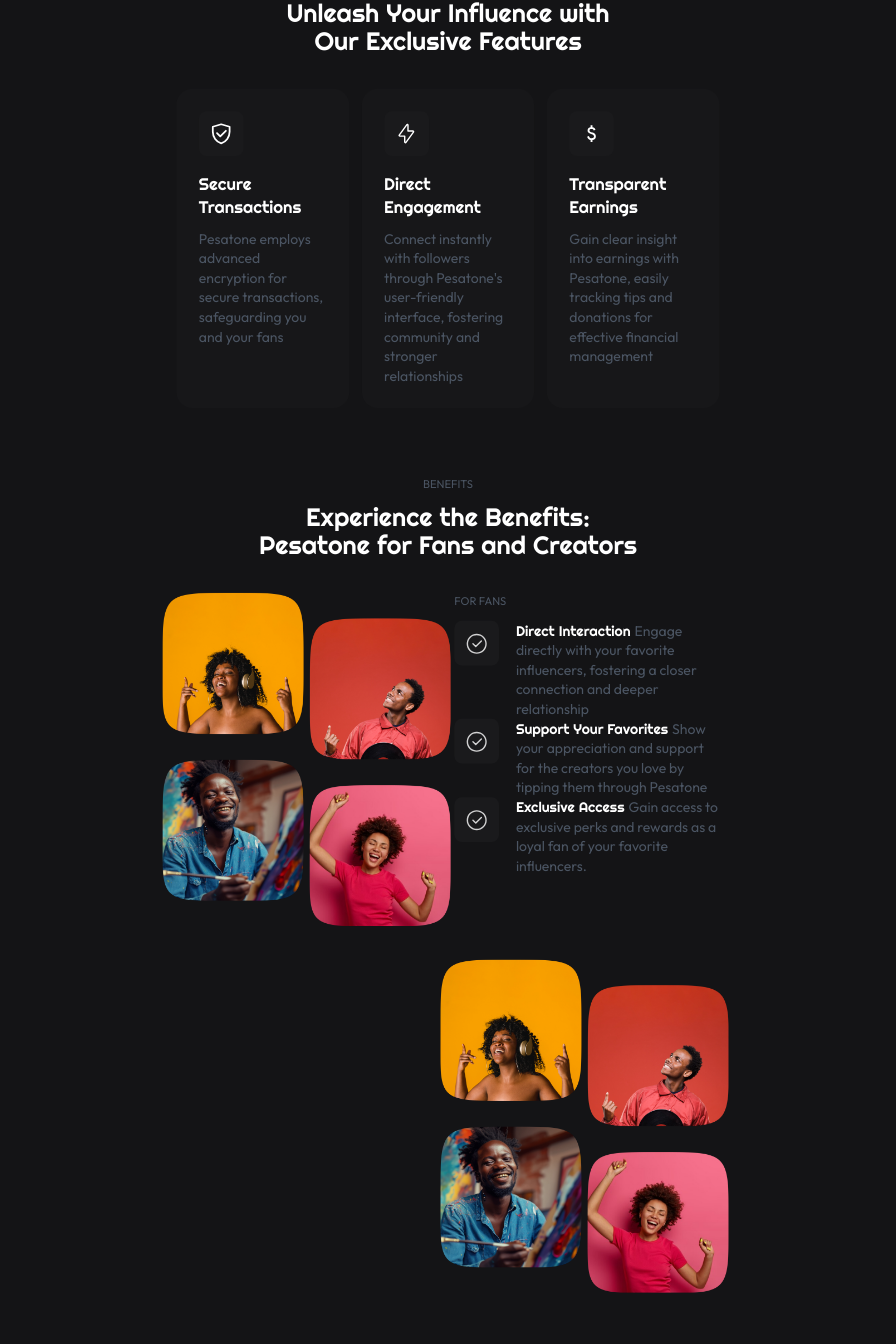
Repository: felixdusengimana/capstone-project-mirror
Page: / (app in frontend/)
The author's editor kept a copy of each file at every save. The page is drawn from the files as they stood at one save, then again after the next save.
The browser window is 1280 px wide. The pictures show the part of the page from y = 1077 to 2997 px (the page is 2997 px tall), at 70% of full size.
The project was rebuilt for these pictures with package versions that can differ from the ones it lists, and the page was loaded fresh each time. The framework's server and built-in components were replaced by stand-ins that run in the browser. Also part of the build but not shown: frontend/next.config.mjs.

Above is the page before, as saved 2024-03-11 15:33:45.

### frontend/app/layout.tsx
import type { Metadata } from "next";
import { Righteous, Outfit } from "next/font/google";
import "./globals.css";

const outfit = Outfit({ subsets: ["latin"], variable: "--font-outfit" });
const righteous = Righteous({
  subsets: ["latin"],
  variable: "--font-righteous",
  weight: "400",
});

export const metadata: Metadata = {
  title: "Pesatone - Search and gift your favorite creators",
  description:
    "A place where fans show gratitude to the African content creators they love!",
};

export default function RootLayout({
  children,
}: Readonly<{
  children: React.ReactNode;
}>) {
  return (
    <html lang="en">
      <body className={`${outfit.variable} ${righteous.variable} font-sans`}>
        {children}
      </body>
    </html>
  );
}

### frontend/app/page.tsx
import Avatar from "@/components/atoms/Avatar";
import Headline from "@/components/atoms/Headline";
import Card from "@/components/molecules/Card";
import CardIcon from "@/components/molecules/CardIcon";
import SmallCard from "@/components/molecules/SmallCard";
import Intro from "@/components/organisms/Intro";
import Navbar from "@/components/organisms/Navbar";
import Image from "next/image";
import React from "react";

export default function page() {
  return (
    <div className="py-[73px]">
      <Navbar />
      <Intro />
      <section className="mt-24 page-padding">
        <div className="max-w-[503px] mx-auto text-center">
          <h5 className="uppercase text-gray-600 mb-4">features</h5>
          <Headline className="text-4xl text-center">
            Unleash Your Influence with Our Exclusive Features
          </Headline>
        </div>
        <div className="grid grid-cols-3 gap-[18px] mt-12">
          <Card title="Secure Transactions" icon="secure">
            Pesatone employs advanced encryption for secure transactions,
            safeguarding you and your fans
          </Card>
          <Card title="Direct Engagement" icon="fast">
            Connect instantly with followers through Pesatone&apos;s
            user-friendly interface, fostering community and stronger
            relationships
          </Card>
          <Card title="Transparent Earnings" icon="dollar">
            Gain clear insight into earnings with Pesatone, easily tracking tips
            and donations for effective financial management
          </Card>
        </div>
      </section>

      <section className="mt-24 page-padding">
        <div className="max-w-[543px] mx-auto text-center">
          <h5 className="uppercase text-gray-600 mb-4">BENEFITS</h5>
          <Headline className="text-4xl text-center">
            Experience the Benefits: Pesatone for Fans and Creators
          </Headline>
        </div>
        <div className="grid grid-cols-2 gap-[18px] mt-12">
          <div className="grid grid-cols-2 w-fit">
            <Avatar
              alt="Profile 1"
              src="/profiles/profile4.png"
              size="2xl"
              circle={false}
              className="ml-[-20px]"
            />
            <Avatar
              alt="Profile 2"
              src={"/profiles/profile3.png"}
              size="2xl"
              circle={false}
              className="mt-[36px]"
            />
            <Avatar
              alt="Profile 3"
              src={"/profiles/profile2.png"}
              size="2xl"
              circle={false}
              className="ml-[-20px]"
            />
            <Avatar
              alt="Profile 4"
              src={"/profiles/profile1.png"}
              size="2xl"
              circle={false}
              className="mt-[36px]"
            />
          </div>
          <div>
            <h5 className="uppercase text-gray-600 mb-4">For Fans</h5>
            <SmallCard icon="check" title="Direct Interaction">
              Engage directly with your favorite influencers, fostering a closer
              connection and deeper relationship
            </SmallCard>
            <SmallCard icon="check" title="Support Your Favorites">
              Show your appreciation and support for the creators you love by
              tipping them through Pesatone
            </SmallCard>
            <SmallCard icon="check" title="Exclusive Access ">
              Gain access to exclusive perks and rewards as a loyal fan of your
              favorite influencers.
            </SmallCard>
          </div>
        </div>

        <div className="grid grid-cols-2 gap-[18px]  mt-12">
          <div></div>
          <div className="grid grid-cols-2 ml-auto w-fit">
            <Avatar
              alt="Profile 1"
              src="/profiles/profile4.png"
              size="2xl"
              circle={false}
              className="ml-[-20px]"
            />
            <Avatar
              alt="Profile 2"
              src={"/profiles/profile3.png"}
              size="2xl"
              circle={false}
              className="mt-[36px]"
            />
            <Avatar
              alt="Profile 3"
              src={"/profiles/profile2.png"}
              size="2xl"
              circle={false}
              className="ml-[-20px]"
            />
            <Avatar
              alt="Profile 4"
              src={"/profiles/profile1.png"}
              size="2xl"
              circle={false}
              className="mt-[36px]"
            />
          </div>
        </div>
      </section>
    </div>
  );
}

### frontend/app/globals.css
@tailwind base;
@tailwind components;
@tailwind utilities;

:root {
  --bg: #141416;
  --bg-hover: #232326;
  --secondary-color: #17171A;
  --foreground-rgb: 0, 0, 0;
  --background-start-rgb: 214, 219, 220;
  --background-end-rgb: 255, 255, 255;
}

@media (prefers-color-scheme: dark) {
  :root {
    --foreground-rgb: 255, 255, 255;
    --background-start-rgb: 0, 0, 0;
    --background-end-rgb: 0, 0, 0;
  }
}

body {
  background: var(--bg);
  color: rgb(var(--foreground-rgb));
}

@layer utilities {
  .text-balance {
    text-wrap: balance;
  }
}

.page-padding {
  padding: 0 252px;
}

### frontend/components/atoms/Avatar.tsx
/* eslint-disable @next/next/no-img-element */
import { ComponentProps } from "react";
import Icon from "./Icon";

interface AvatarProps extends ComponentProps<"div"> {
  src: string;
  alt?: string;
  size?: "sm" | "md" | "lg" | "xl" | "2xl";
  circle?: boolean;
  bordered?: boolean;
  fallBackText?: string;
}
export default function Avatar({ ...props }: AvatarProps) {
  const {
    src,
    alt,
    size = "sm",
    circle = true,
    fallBackText,
    bordered,
    ...rest
  } = props;

  const sizeClasses = {
    sm: "w-10 h-10",
    md: "w-12 h-12",
    lg: "w-16 h-16",
    xl: "w-[150px] h-[150px]",
    "2xl": "w-[202px] h-[202px]",
  };

  return (
    <div
      {...rest}
      className={`${src ? "bg-transparent" : "bg-gray-100"} ${
        circle ? "rounded-full" : "rounded"
      } ${bordered ? "border-2 border-white" : ""} ${sizeClasses[size]} ${
        rest.className
      } flex items-center justify-center overflow-hidden`}
    >
      {src ? (
        <img
          src={src}
          alt={alt}
          className={`w-full ${sizeClasses[size]} object-cover`}
        />
      ) : fallBackText ? (
        fallBackText
      ) : (
        <Icon name="user" />
      )}
    </div>
  );
}

### frontend/components/atoms/Headline.tsx
import { ComponentProps } from "react";

interface HeadlineProps extends ComponentProps<"h1"> {}

export default function Headline({ ...props }: HeadlineProps) {
  return (
    <div className={`font-mono text-white ${props.className}`}>
      {props.children}
    </div>
  );
}

### frontend/components/molecules/Card.tsx
import { ComponentProps } from "react";
import { IconNames } from "../atoms/Icon";
import Headline from "../atoms/Headline";
import CardIcon from "./CardIcon";

interface CardProps extends ComponentProps<"div"> {
  icon?: IconNames;
  title?: string;
}

export default function Card({ ...props }: CardProps) {
  const { icon, title, ...rest } = props;
  return (
    <div {...rest} className={`bg-[#171719] p-8 rounded-[23px]`}>
      {icon && <CardIcon icon={icon} />}
      <Headline className="text-2xl font-normal mt-6">{title}</Headline>
      <p
        className={`text-gray-600 font-normal text-xl mt-4 max-w-[333px] ${props.className}`}
      >
        {props.children}
      </p>
    </div>
  );
}

### frontend/components/molecules/SmallCard.tsx
import { ComponentProps } from "react";
import { IconNames } from "../atoms/Icon";
import CardIcon from "./CardIcon";

interface SmallCardProps extends ComponentProps<"div"> {
  icon: IconNames;
  title: string;
}

export default function SmallCard({ ...props }: SmallCardProps) {
  return (
    <div className="flex gap-6">
      <CardIcon icon={props.icon} />
      <p className="text-gray-600 font-normal text-xl">
        <span className="text-white font-mono">{props.title} </span>
        {props.children}
      </p>
    </div>
  );
}

### frontend/components/organisms/Intro.tsx
"use client";

import Headline from "@/components/atoms/Headline";
import Search from "@/components/molecules/Search";
import DownloadApp from "../molecules/DownloadApp";

export default function Intro() {
  return (
    <div className="grid grid-cols-2 pl-[252px]">
      <div className="mt-40">
        <Headline className="text-[64px] leading-[79.47px]">
          Search and gift your favorite creators
        </Headline>
        <p className="text-xl text-gray-600 max-w-[535px] mt-5">
          A place where fans show gratitude to the African content creators they
          love!
        </p>
        <Search className="max-w-[502px] mt-10" />

        <p className="text-gray-600 mt-24 text-base">
          Trusted Users <br />
          Rated 4.5 by 700K+ Customers
        </p>
        <div className="flex gap-6 mt-6">
          <DownloadApp os="android" />
          <DownloadApp os="ios" className="px-[42px]" />
        </div>
      </div>
      <div className="h-full w-full">
        {/* eslint-disable-next-line @next/next/no-img-element */}
        <img src="./home-bg.png" alt="" className="w-full h-full" />
      </div>
    </div>
  );
}

### frontend/components/organisms/Navbar.tsx
import Image from "next/image";
import Button from "../atoms/Button";
import Link from "next/link";

export default function Navbar() {
  return (
    <div className="page-padding flex justify-between items-center">
      <Link href={"/"} className="flex  items-center gap-2">
        <Image
          src="/logo-white.png"
          alt="PESATONElogo"
          width={40}
          height={40}
        />
        <p className="text-sm">ESATONE</p>
      </Link>
      <div className="flex items-center gap-6">
        <Link href={"/login"}>
          <Button variant="secondary" className="px-12">
            Login
          </Button>
        </Link>
        <Link href={"/join"}>
          <Button variant="white" className="font-semibold">
            Sign up free
          </Button>
        </Link>
      </div>
    </div>
  );
}

### frontend/components/molecules/CardIcon.tsx
import React from "react";
import Icon, { IconNames } from "../atoms/Icon";

export default function CardIcon({ icon }: { icon: IconNames }) {
  return (
    <div className="w-16 min-w-[64px] h-16 rounded-[11px] bg-[#1A1A1C] flex items-center justify-center">
      <Icon name={icon} />
    </div>
  );
}

### frontend/components/molecules/Search.tsx
"use client";
import { ComponentProps, useEffect, useState } from "react";
import Icon from "../atoms/Icon";

interface SearchProps extends ComponentProps<"div"> {
  placeholder?: string;
  onSearch?: (query: string) => void;
  onClear?: () => void;
}
export default function Search({
  placeholder = "Search for creators",
  onSearch,
  onClear,
  ...props
}: SearchProps) {
  const [query, setQuery] = useState("");

  // return value after 300ms
  useEffect(
    () => {
      const timer = setTimeout(() => {
        onSearch?.(query);
      }, 300);
      return () => clearTimeout(timer);
    },
    // eslint-disable-next-line react-hooks/exhaustive-deps
    [query]
  );

  return (
    <div
      {...props}
      className={`flex bg-[#2C2C3033] px-5 py-4 gap-4 rounded-full ${props.className}`}
    >
      <Icon name="search" onClick={() => onSearch?.(query)} />
      <input
        type="text"
        placeholder={placeholder}
        className="w-full text-white bg-transparent outline-none"
        onChange={(e) => setQuery(e.target.value)}
      />
    </div>
  );
}

### frontend/components/molecules/DownloadApp.tsx
import { ComponentProps } from "react";
import Icon from "../atoms/Icon";

interface DownloadAppProps extends ComponentProps<"div"> {
  os: "android" | "ios";
}

export default function DownloadApp({ os, ...props }: DownloadAppProps) {
  return (
    <div
      {...props}
      className={`flex items-center gap-4 px-10 py-4 border border-[#202024] bg-[#202024] rounded-full cursor-pointer min-w-[202.09px]`}
    >
      <Icon name={os == "android" ? "google-play" : "apple-store"} />
      <div>
        <p className="text-[#DBDBDB] font-medium text-[10px]">
          {os == "android" ? "Get it On" : "Download on the"}
        </p>
        <h3 className="text-[#DBDBDB] font-bold text-sm">
          {os == "android" ? "Google Play" : "App Store"}
        </h3>
      </div>
    </div>
  );
}

### frontend/components/atoms/Button.tsx
import { ComponentProps } from "react";

interface ButtonProps extends ComponentProps<"button"> {
  variant?: "dark" | "white" | "blurred" | "secondary";
  size?: "sm" | "md" | "lg";
  bordered?: boolean;
}

export default function Button({ ...props }: ButtonProps) {
  const { variant = "dark", size = "md", bordered = false } = props;

  const variantClasses = {
    dark: "bg-black text-white",
    white: "bg-white text-black",
    secondary: "bg-secondary text-white",
    blurred: "bg-blurred text-white",
  };

  const sizeClasses = {
    sm: "px-2 py-1",
    md: "px-8 py-4",
    lg: "px-6 py-3",
  };

  const borderClasses = bordered ? "border border-black" : "";

  return (
    <button
      {...props}
      className={`text-xl font-normal rounded-full ${variantClasses[variant]} ${sizeClasses[size]} ${borderClasses} ${props.className}`}
    >
      {props.children}
    </button>
  );
}

### frontend/tailwind.config.ts
import type { Config } from "tailwindcss";

const config: Config = {
  content: [
    "./pages/**/*.{js,ts,jsx,tsx,mdx}",
    "./components/**/*.{js,ts,jsx,tsx,mdx}",
    "./app/**/*.{js,ts,jsx,tsx,mdx}",
  ],
  theme: {
    extend: {
      // backgroundImage: {
      //   "gradient-radial": "radial-gradient(var(--tw-gradient-stops))",
      //   "gradient-conic":
      //     "conic-gradient(from 180deg at 50% 50%, var(--tw-gradient-stops))",
      // },
      fontFamily: {
        sans: ["var(--font-outfit)"],
        mono: ["var(--font-righteous)"],
      },
      colors: {
        secondary: "var(--secondary-color)",
      },
    },
  },
  plugins: [],
};
export default config;

Loaded but not shown: frontend/components/atoms/Icon.tsx (241 lines, source omitted)

After the next save:
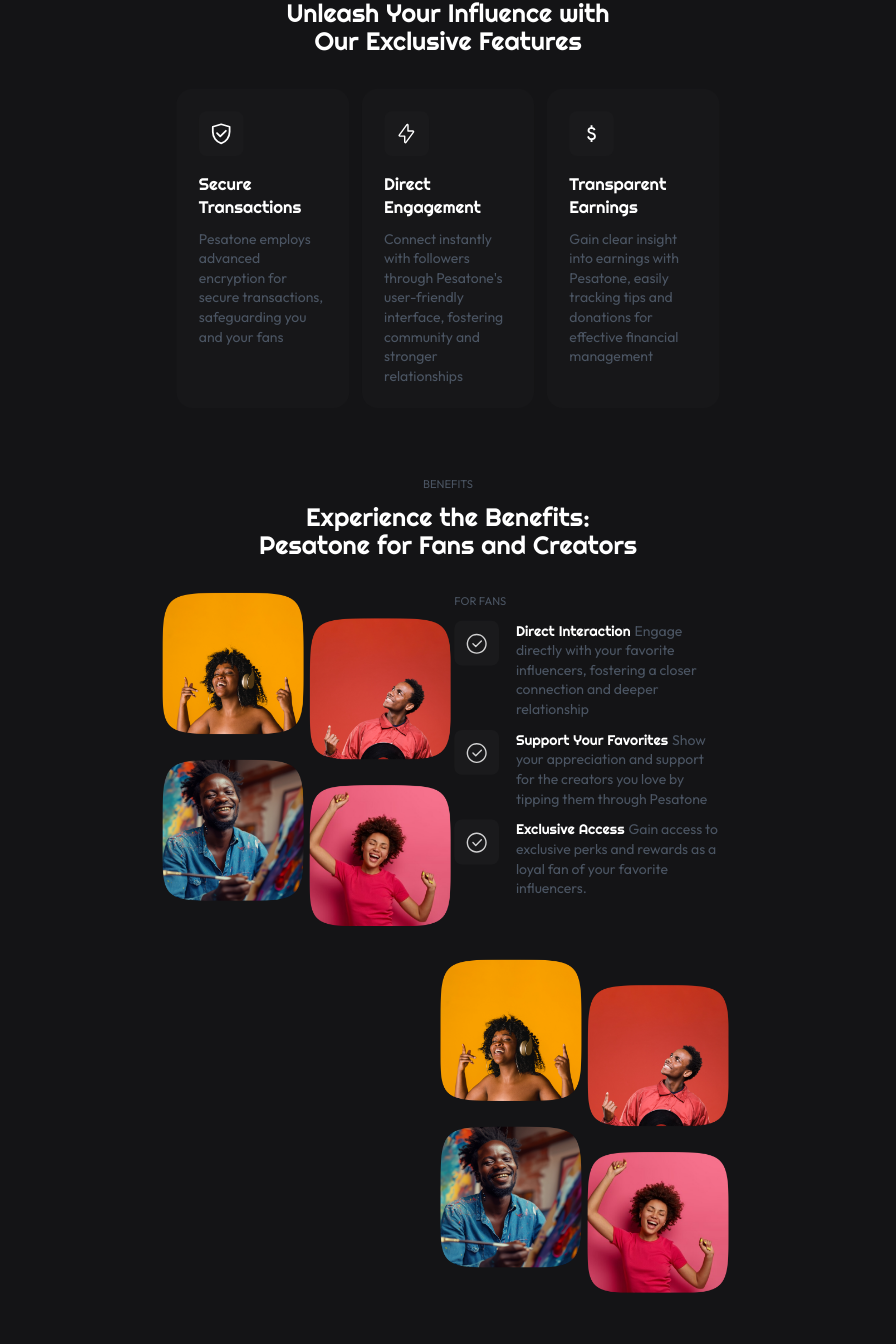
Saved 28 s later.
--- a/frontend/app/page.tsx
+++ b/frontend/app/page.tsx
@@ -77,18 +77,20 @@ export default function page() {
           </div>
           <div>
             <h5 className="uppercase text-gray-600 mb-4">For Fans</h5>
-            <SmallCard icon="check" title="Direct Interaction">
-              Engage directly with your favorite influencers, fostering a closer
-              connection and deeper relationship
-            </SmallCard>
-            <SmallCard icon="check" title="Support Your Favorites">
-              Show your appreciation and support for the creators you love by
-              tipping them through Pesatone
-            </SmallCard>
-            <SmallCard icon="check" title="Exclusive Access ">
-              Gain access to exclusive perks and rewards as a loyal fan of your
-              favorite influencers.
-            </SmallCard>
+            <div className="flex flex-col gap-4">
+              <SmallCard icon="check" title="Direct Interaction">
+                Engage directly with your favorite influencers, fostering a
+                closer connection and deeper relationship
+              </SmallCard>
+              <SmallCard icon="check" title="Support Your Favorites">
+                Show your appreciation and support for the creators you love by
+                tipping them through Pesatone
+              </SmallCard>
+              <SmallCard icon="check" title="Exclusive Access ">
+                Gain access to exclusive perks and rewards as a loyal fan of
+                your favorite influencers.
+              </SmallCard>
+            </div>
           </div>
         </div>
 
